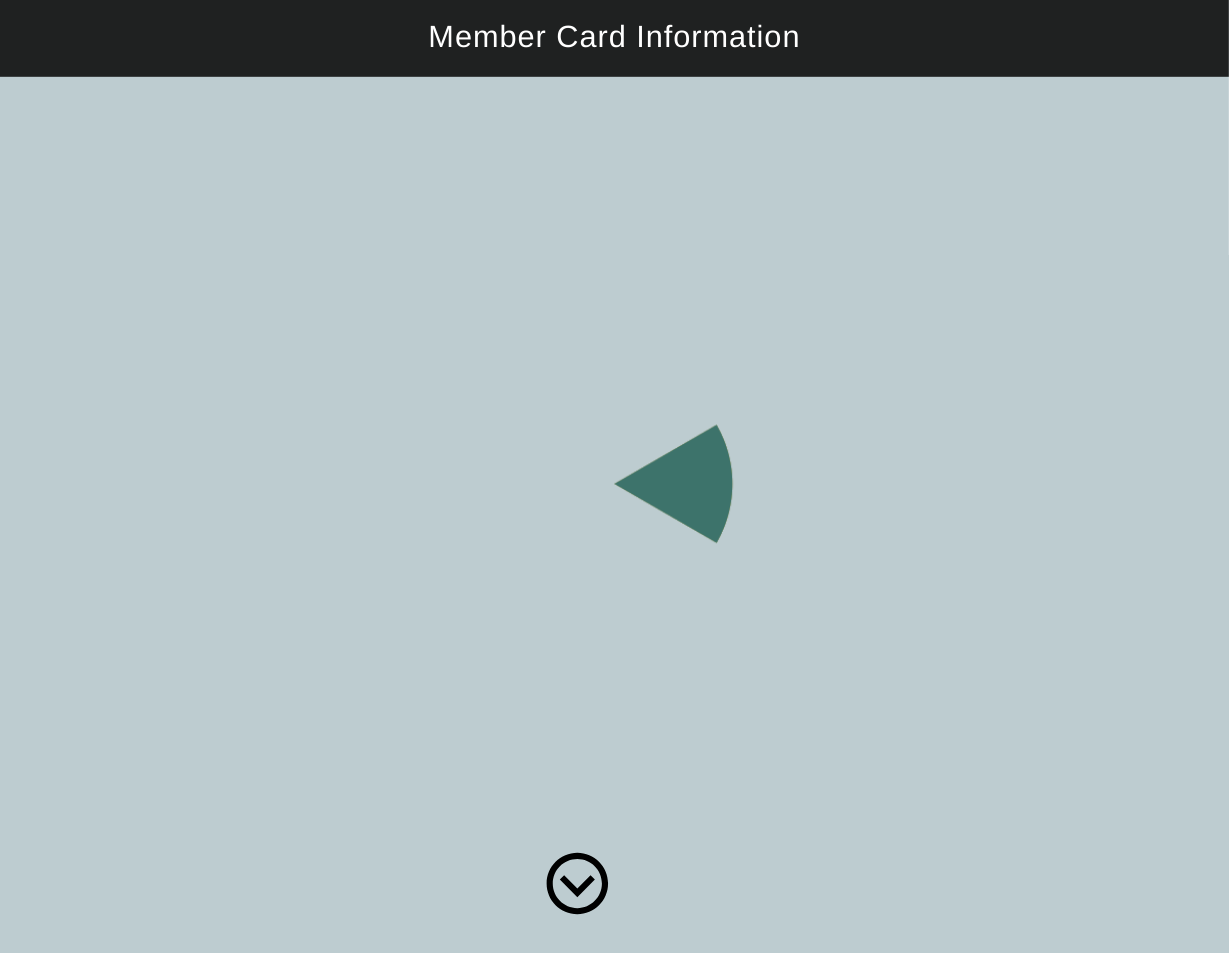
Repository: Leooook/lzhao-fed-test
Page: /
An editor plug-in stored every save of this project. The page is shown before and after the next save, followed by the edit.
The browser window is 1280 px wide. The pictures show the whole page, at 96% of full size.
The page's requests for data from a server got no answer. The project was rebuilt for these pictures with package versions that can differ from the ones it lists, and the page was loaded fresh each time. No one was signed in, and anything a server would have sent is missing. Also part of the build but not shown: src/components/detail.jsx.

Above is the page before, as saved 2021-03-15 21:19:44.

After the next save:
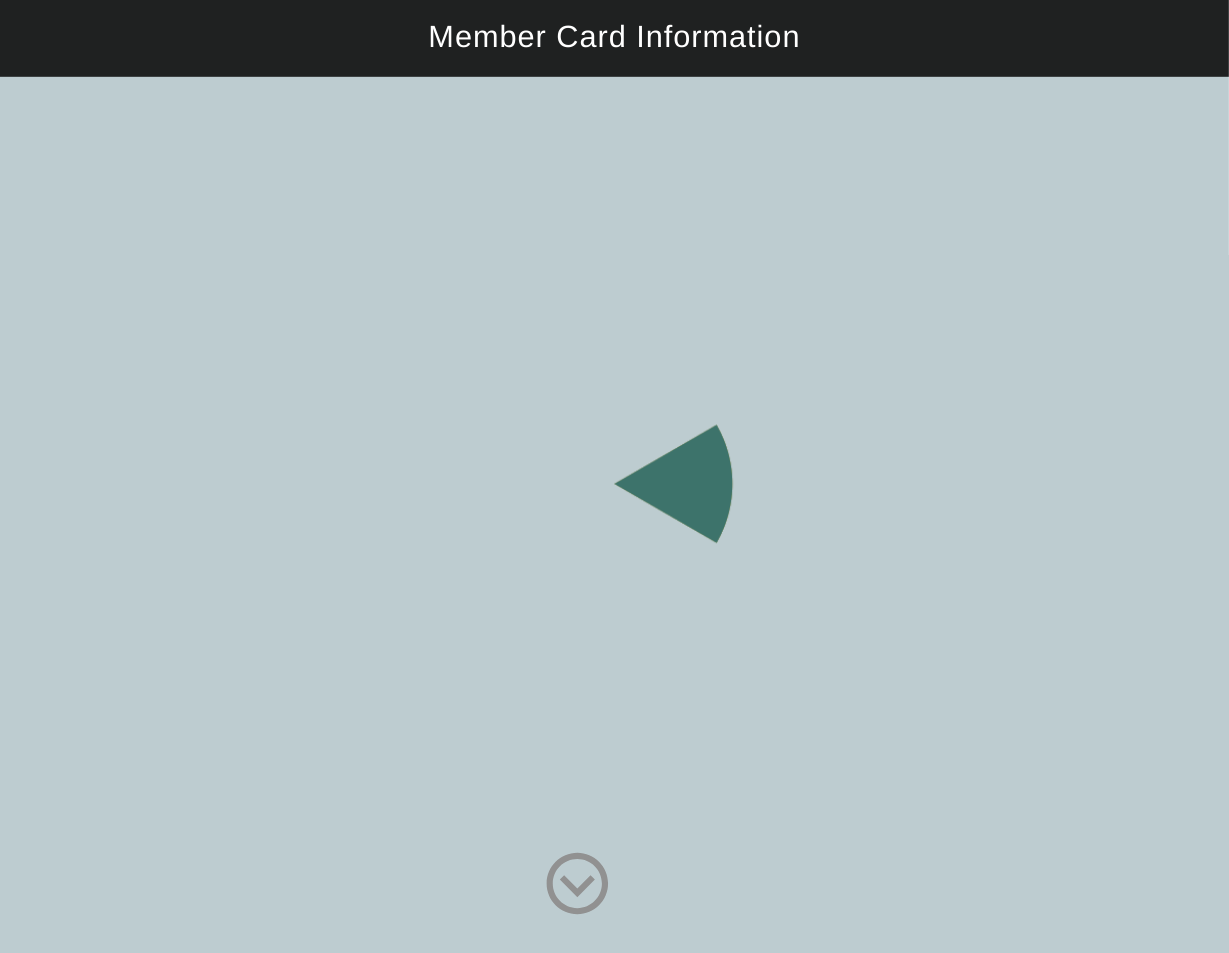
Saved 2 s later.
--- a/src/App.css
+++ b/src/App.css
@@ -17,7 +17,7 @@
 	background-color: var(--light-blue);
 }
 .add-feature {
-  color: var();
+	color: var(--grey);
 	text-align: center;
 	width: 6vw;
 	height: 6vw;

After the save that followed:
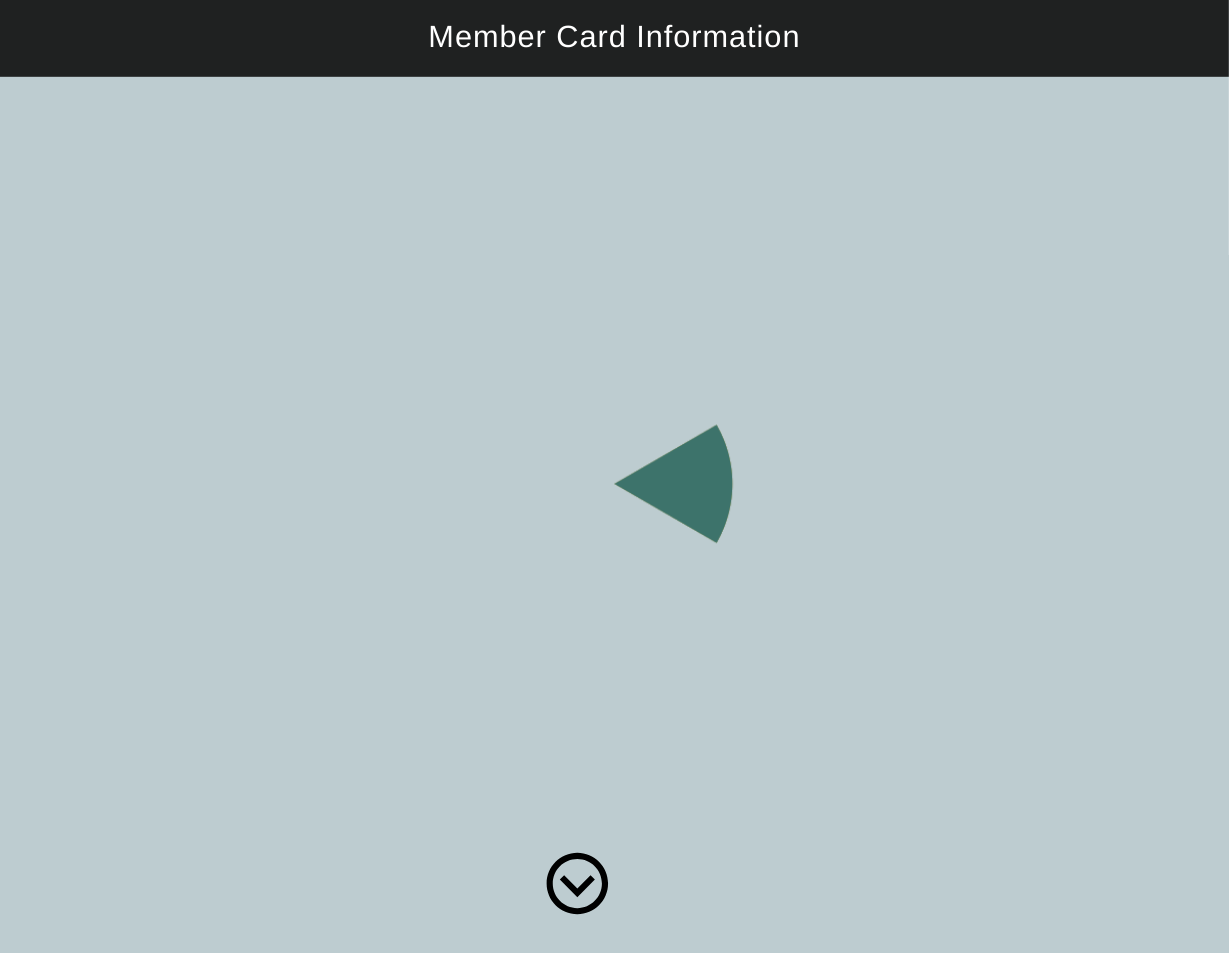
Saved 13 s later.
--- a/src/App.css
+++ b/src/App.css
@@ -17,7 +17,7 @@
 	background-color: var(--light-blue);
 }
 .add-feature {
-	color: var(--grey);
+	color: var(rgba(14, 14, 14, 0.897));
 	text-align: center;
 	width: 6vw;
 	height: 6vw;
